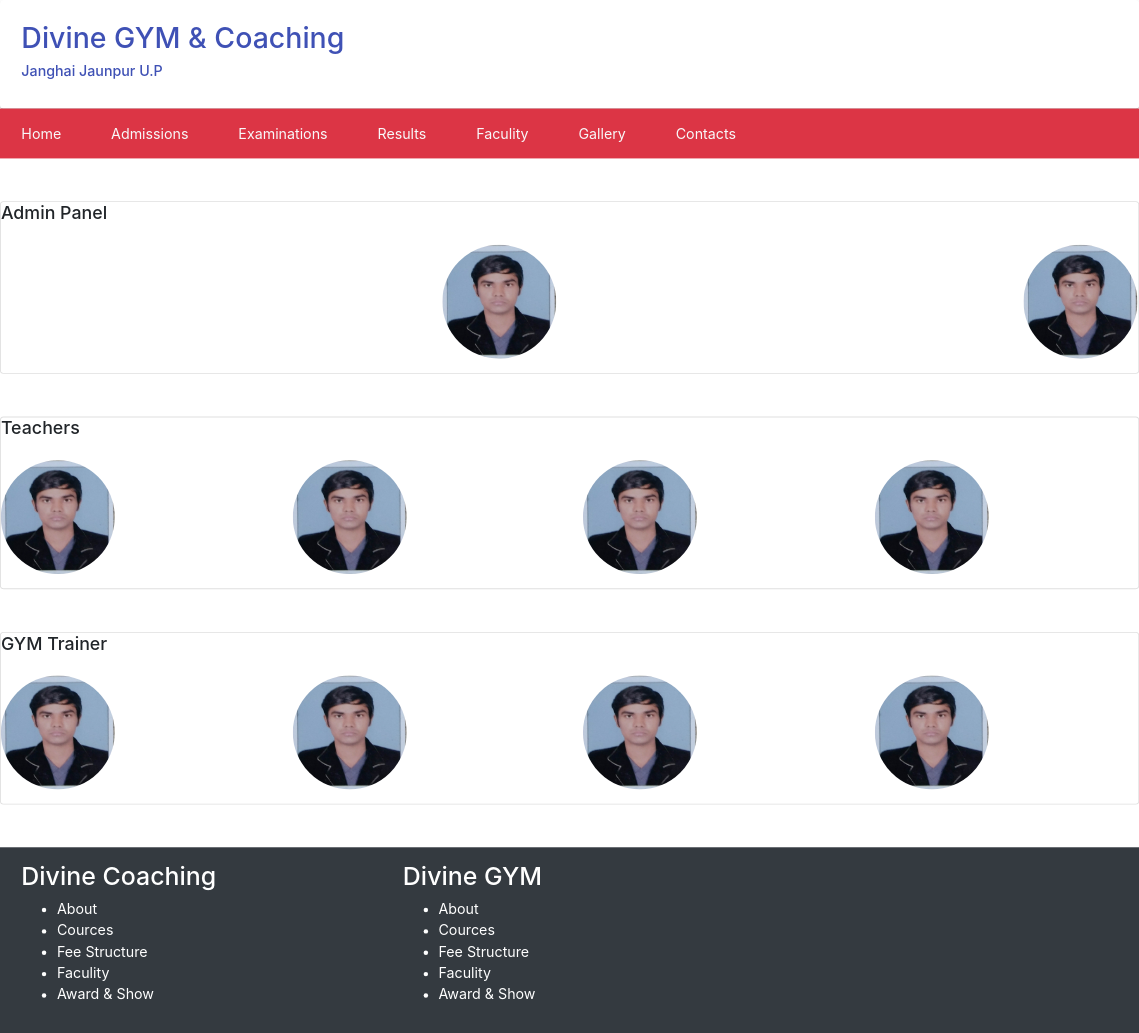
Repository: lalji-yadav/vikash-Coaching-frontend
Page: /faculity
An editor plug-in stored every save of this project. The page is shown before and after the next save, followed by the edit.
The browser window is 1280 px wide. The pictures show the whole page, at 89% of full size.
The project was rebuilt for these pictures with package versions that can differ from the ones it lists, and the page was loaded fresh each time. Also part of the build but not shown: src/index.css, src/home/home.js, src/component/admission/admission.js, src/component/examination/examination.js, src/component/results/result.js, src/component/gallery/gallery.js.

Above is the page before, as saved 2021-04-10 21:41:49.

After the next save:
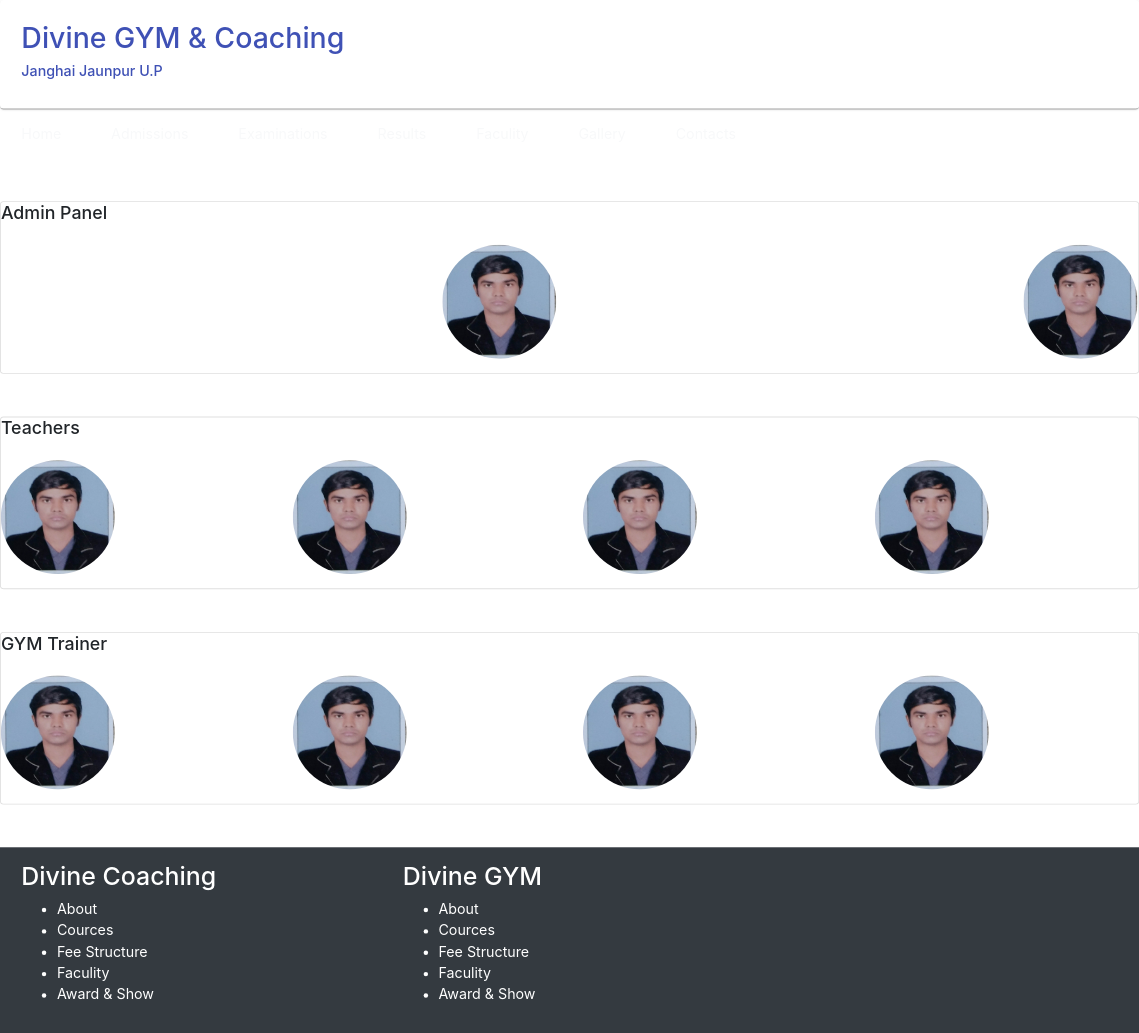
Saved 48 s later.
--- a/src/header/header.js
+++ b/src/header/header.js
@@ -19,7 +19,7 @@ class header extends Component {
                     <h6 style={{color:"#3f51b5"}}>Janghai Jaunpur U.P</h6>
                 </Card>
 
-                <Navbar bg="danger" variant="light" expand="lg">
+                <Navbar  variant="light" expand="lg">
                     <Navbar.Toggle aria-controls="basic-navbar-nav" />
                     <Navbar.Collapse id="basic-navbar-nav">
                     <Nav className="text-light">
